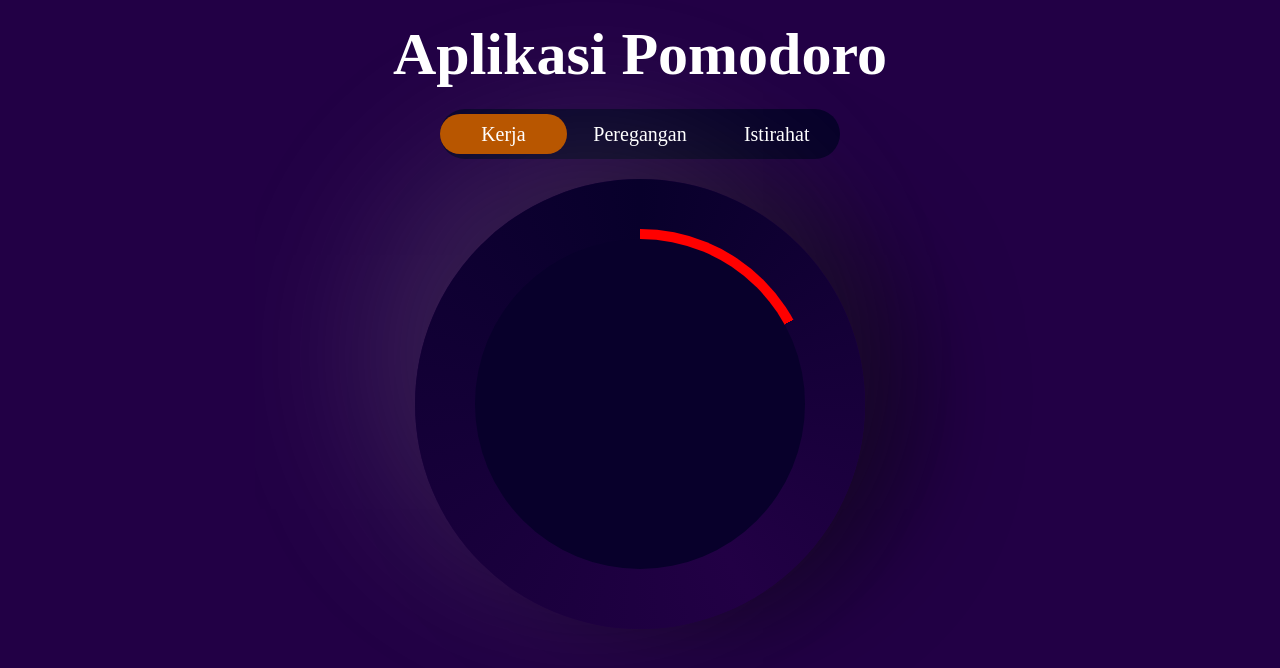
Repository: sellayspy/aplikasiPomodoro
Page: /
The author's editor kept a copy of each file at every save. The page is drawn from the files as they stood at one save, then again after the next save.
The browser window is 1280 px wide. The pictures show the whole page.
The project was rebuilt for these pictures with package versions that can differ from the ones it lists, and the page was loaded fresh each time. Also part of the build but not shown: vite.config.js.

Above is the page before, as saved 2024-11-25 13:57:13.

After the next save:
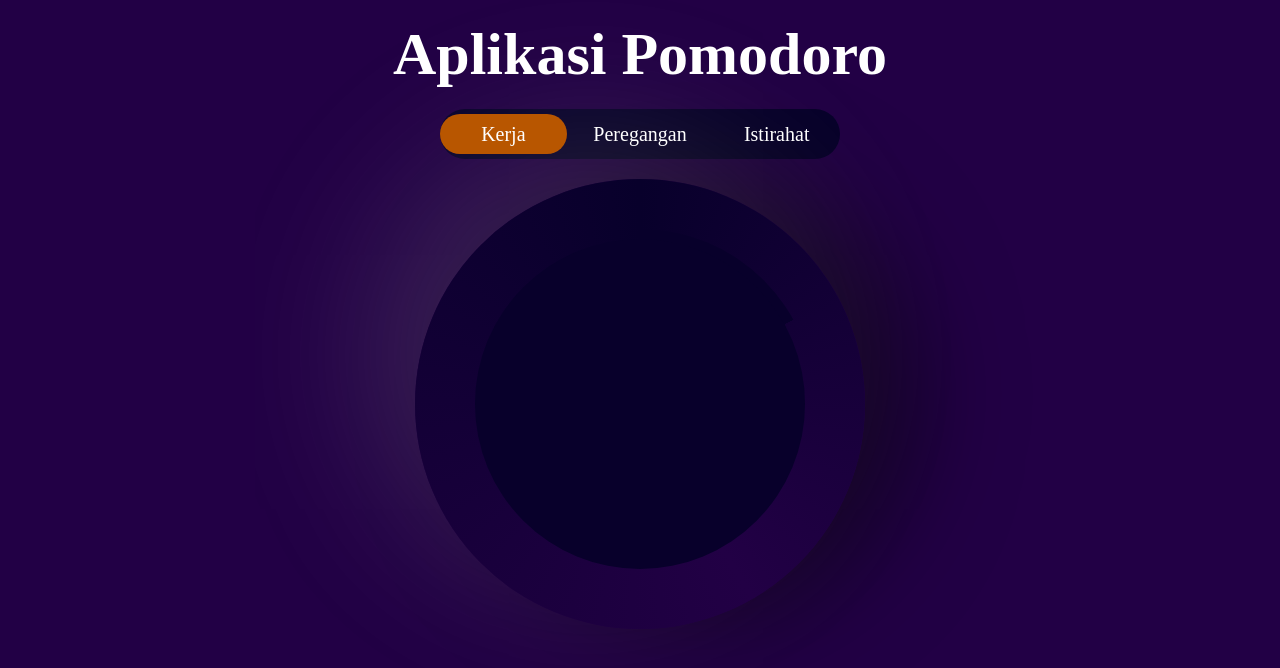
Saved 20 s later.
--- a/src/components/TimerProgress.jsx
+++ b/src/components/TimerProgress.jsx
@@ -22,7 +22,7 @@ const OuterCircle = styled.div`
   display: grid;
   place-items: center;
   background: conic-gradient(
-    red ${({ progress }) => progress}%,
+    ${(props) => props.theme.colors.secondary} ${({ progress }) => progress}%,
     transparent ${({ progress }) => progress}%
   );
 `;
